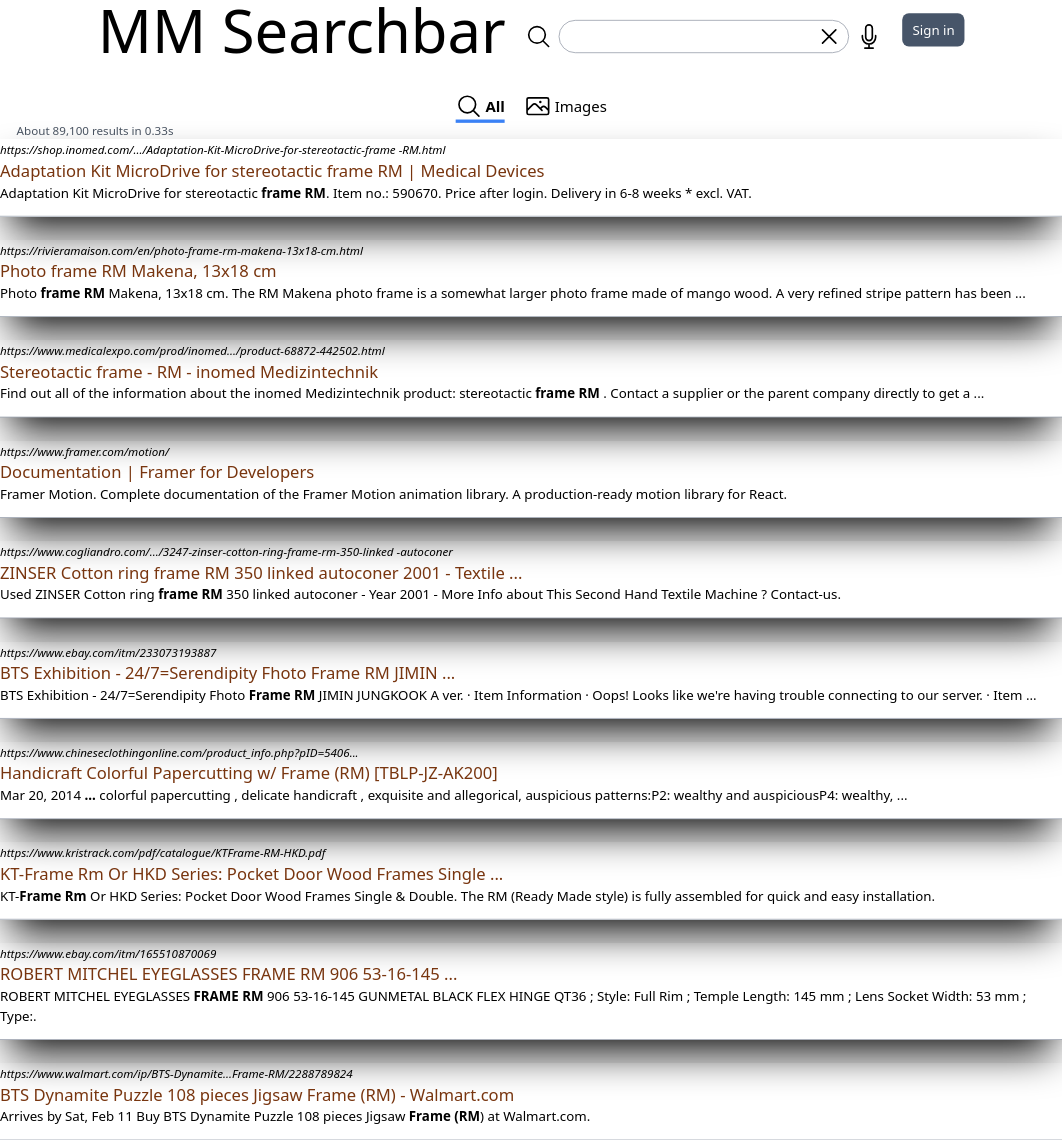
Repository: michalmilek/minigoogle
Page: /search
An editor plug-in stored every save of this project. The page is shown before and after a run of saves, followed by the edit.
The browser window is 1280 px wide. The pictures show the whole page, at 83% of full size.
The page's requests for data from a server got no answer. The project was rebuilt for these pictures with package versions that can differ from the ones it lists, and the page was loaded fresh each time. The framework's server and built-in components were replaced by stand-ins that run in the browser. No one was signed in, and anything a server would have sent is missing. Also part of the build but not shown: next.config.js, Response.ts.

Above is the page before, as saved 2023-02-14 02:02:41.

### pages/_app.tsx
import '@/styles/globals.css'
import type { AppProps } from 'next/app'
import { SessionProvider } from "next-auth/react";

export default function App({ Component, pageProps }: AppProps) {
  return (
    <SessionProvider
      // Provider options are not required but can be useful in situations where
      // you have a short session maxAge time. Shown here with default values.
      session={pageProps.session}>
      <Component {...pageProps} />
    </SessionProvider>
  );
}

### pages/search.tsx
import SearchHeader from "@/components/SearchHeader";
import Head from "next/head";
import React from "react";
import SearchOptions from "@/components/SearchOptions";
import { GetServerSideProps } from "next";
import Response from "@/Response";
import SearchResults from "@/components/SearchResults";
import { useRouter } from "next/router";

const search = ({ results }: any) => {
  console.log(results);
  const router = useRouter();
  return (
    <div className="flex flex-col">
      <Head>
        <title>Search page</title>
        <meta
          name="description"
          content="Generated by create next app"
        />
        <meta
          name="viewport"
          content="width=device-width, initial-scale=1"
        />
        <link
          rel="icon"
          href="/favicon.ico"
        />
      </Head>

      <SearchHeader />
      <SearchOptions />
      <SearchResults results={results} />
    </div>
  );
};

export default search;

export async function getServerSideProps(ctx: any) {
  const mockData = true;
  const data = mockData
    ? Response
    : await fetch(
        `https://www.googleapis.com/customsearch/v1?key=${
          process.env.NEXT_PUBLIC_GOOGLE_API_KEY
        }&cx=${process.env.NEXT_PUBLIC_CONTEXT_KEY}&q=${ctx.query.term}${
          ctx.query.searchType === "image" ? "&searchType=image" : ""
        }`
      ).then((response) => response.json());

  return {
    props: {
      results: data,
    },
  };
}

### components/SearchHeader.tsx
import React, { FormEvent, useRef } from "react";
import {
  MagnifyingGlassIcon,
  MicrophoneIcon,
  XMarkIcon,
} from "@heroicons/react/24/outline";
import { useRouter } from "next/router";
import User from "./User";

const SearchHeader = () => {
  const router = useRouter();
  const inputSearchRef = useRef<HTMLInputElement>(null);

  const clearInput = () => {
    inputSearchRef.current!.value = "";
  };

  const search = (e: FormEvent) => {
    e.preventDefault();
    const term = inputSearchRef.current?.value;
    if (!term?.trim()) return;
    router.push(`/search?term=${term.trim()}&searchType=`);
  };

  return (
    <header className="sticky top-0 left-0 bg-white flex flex-row py-auto items-center justify-center gap-6 px-2 md:px-0">
      <h1 className="text-3xl lg:text-7xl">MM Searchbar</h1>
      <form
        onSubmit={search}
        className="flex items-center justify-center mt-4">
        <div className="flex flex-grow flex-shrink gap-2 items-center justify-center">
          <button type="submit">
            <MagnifyingGlassIcon className="h-8 cursor-pointer" />
          </button>
          <div className="relative flex justify-center items-center w-[90%] md:w-[350px]">
            <input
              type="text"
              defaultValue={router.query.term}
              ref={inputSearchRef}
              className="border transition-all outline-none ring-0 focus:drop-shadow-2xl  text-base w-[100%] h-[100%] px-4 py-2 border-gray-400 rounded-full"
            />
            <XMarkIcon
              onClick={() => clearInput()}
              className="cursor-pointer h-8 absolute top-[50%] right-2 translate-y-[-50%]"
            />
          </div>
          <MicrophoneIcon className="h-8 cursor-pointer" />
        </div>
      </form>
      <User />
    </header>
  );
};

export default SearchHeader;

### components/SearchOptions.tsx
import React, { useState } from "react";
import SearchOption from "./SearchOption";
import { MagnifyingGlassIcon, PhotoIcon } from "@heroicons/react/24/outline";
import { useRouter } from "next/router";

const SearchOptions = () => {
  const router = useRouter();
  const [selected, setSelected] = useState("All");
  return (
    <div className="flex gap-6 select-none w-full justify-center mt-10">
      <SearchOption
        title="All"
        Icon={MagnifyingGlassIcon}
        selected={selected}
        setSelected={setSelected}
      />
      <SearchOption
        title="Images"
        Icon={PhotoIcon}
        selected={selected}
        setSelected={setSelected}
      />
    </div>
  );
};

export default SearchOptions;

### components/SearchResults.tsx
import React from "react";
import Parser from "html-react-parser";

const SearchResults = ({ results }: any) => {
  return (
    <div className="w-screen">
      <p className="text-gray-600 text-sm pl-5">
        About {results.searchInformation.formattedTotalResults} results in{" "}
        {results.searchInformation.formattedSearchTime}s
      </p>
      <div className="flex flex-col gap-7">
        {results.items.map((result): any => (
          <div
            key={result.link}
            className="border-b pb-4 border-gray-400 shadow-2xl shadow-black">
            <div className="group">
              <a
                className="truncate text-sm italic"
                href={result.link}>
                {result.formattedUrl}
              </a>
              <a href={result.link}>
                <h2 className="group-hover:underline truncate text-xl font-medium text-amber-900 decoration-amber-900">
                  {result.title}
                </h2>
              </a>
            </div>
            <p>{Parser(result.htmlSnippet)}</p>
          </div>
        ))}
      </div>
    </div>
  );
};

export default SearchResults;

### components/User.tsx
import React from "react";
import { useSession, signIn, signOut } from "next-auth/react";

const User = () => {
  const { data: session } = useSession();
  return (
    <>
      {session ? (
        <img
          onClick={() => signOut()}
          src={session.user?.image!}
          alt={session.user?.name!}
          className="h-[50px] w-[50px] object-cover rounded-full"
        />
      ) : (
        <button
          className="bg-slate-600 text-white px-3 py-2 rounded-lg"
          onClick={() => signIn()}>
          Sign in
        </button>
      )}
    </>
  );
};

export default User;

### components/SearchOption.tsx
import { type } from "os";
import React, {
  Dispatch,
  ForwardRefExoticComponent,
  SetStateAction,
  SVGProps,
  useRef,
} from "react";
import { MagnifyingGlassIcon, PhotoIcon } from "@heroicons/react/24/outline";
import { useRouter } from "next/router";

type props = {
  title: string;
  Icon: React.ForwardRefExoticComponent<
    React.SVGProps<SVGSVGElement> & {
      title?: string | undefined;
      titleId?: string | undefined;
    }
  >;
  selected: string;
  setSelected: Dispatch<SetStateAction<string>>;
};

const SearchOption = ({ title, Icon, selected, setSelected }: props) => {
  const router = useRouter();
  const divRef = useRef<HTMLDivElement>(null);

  const selectTab = (title: any) => {
    if (title === "All") {
      setSelected("All");
      router.push(`/search?term=${router.query.term}&type=all`);
    }
    if (title === "Images") {
      router.push(`/search?term=${router.query.term}&type=image`);
      setSelected("Images");
    }
  };
  return (
    <div
      onClick={() => selectTab(title)}
      ref={divRef}
      className={`flex flex-col md:flex-row ${
        selected === title
          ? "border-b-blue-500 font-bold"
          : "border-b-transparent"
      } transition-all border-b-4 md:gap-1 items-center justify-center`}>
      <Icon className="h-5 md:h-8" />
      <p className="md:text-lg">{title}</p>
    </div>
  );
};

export default SearchOption;

Loaded but not shown: pages/_document.tsx (common file); styles/globals.css (common file); tailwind.config.js (common file)

After the next 3 saves:
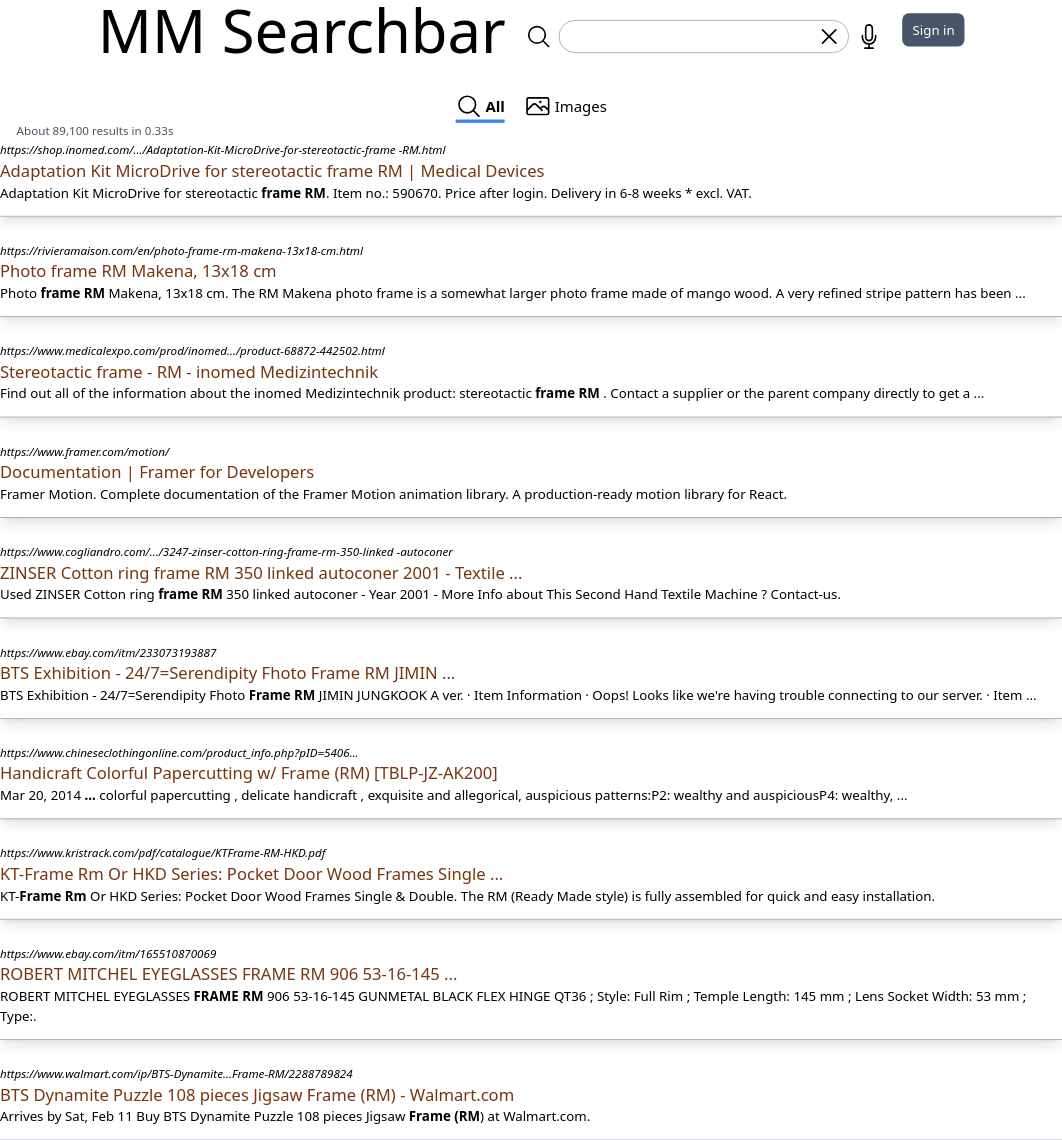
The 3 saves are shown as one change because they came seconds apart.
The last was saved 12 s later.
--- a/components/SearchResults.tsx
+++ b/components/SearchResults.tsx
@@ -12,7 +12,7 @@
         {results.items.map((result): any => (
           <div
             key={result.link}
-            className="border-b pb-4 border-gray-400 shadow-2xl shadow-black">
+            className="border-b pb-4 border-gray-400 shadow-lg">
             <div className="group">
               <a
                 className="truncate text-sm italic"
